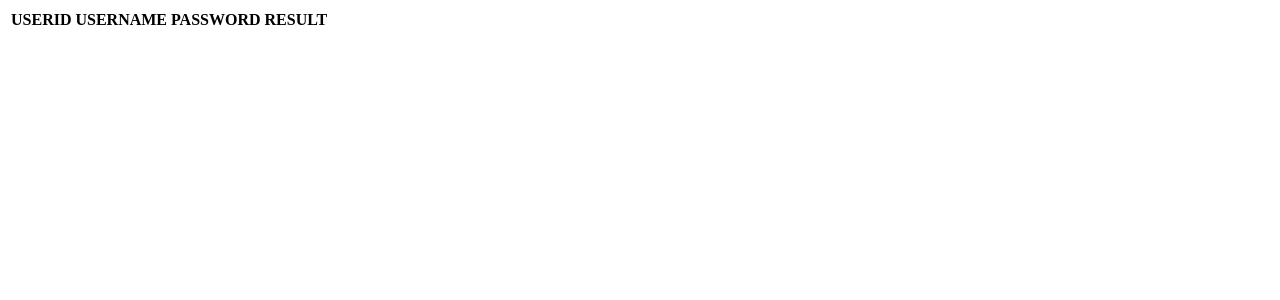
Repository: kf3225/backup
Page: http://localhost/WebProj4/hello.jsp
An editor plug-in stored every save of this project. The page is shown before and after the next save, followed by the edit.
The browser window is 1280 px wide. The pictures show the whole page.
The page is served by Tomcat 9.

Above is the page before, as saved 2018-01-17 05:45:20.

After the next save:
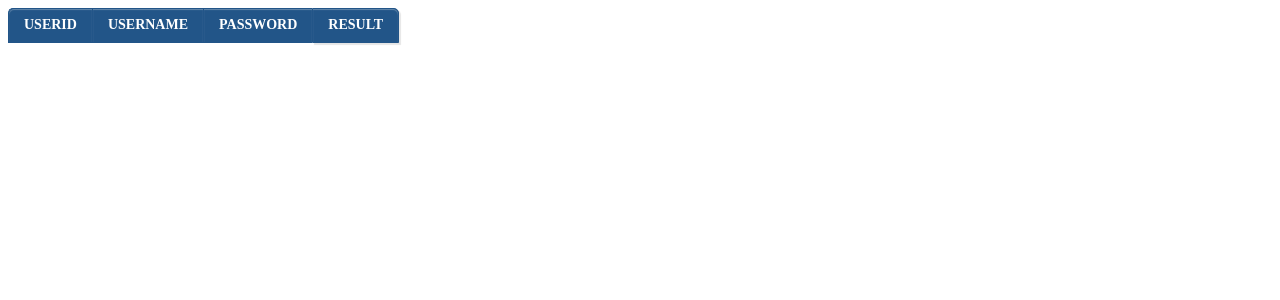
Saved 3 min 15 s later.
--- a/WebProj4/WebContent/hello.jsp
+++ b/WebProj4/WebContent/hello.jsp
@@ -5,6 +5,7 @@
 <html>
 <head>
 <meta http-equiv="Content-Type" content="text/html; charset=UTF-8">
+<link rel="stylesheet" type="text/css" href="./css/style.css">
 <title>HelloStruts</title>
 </head>
 <body>
